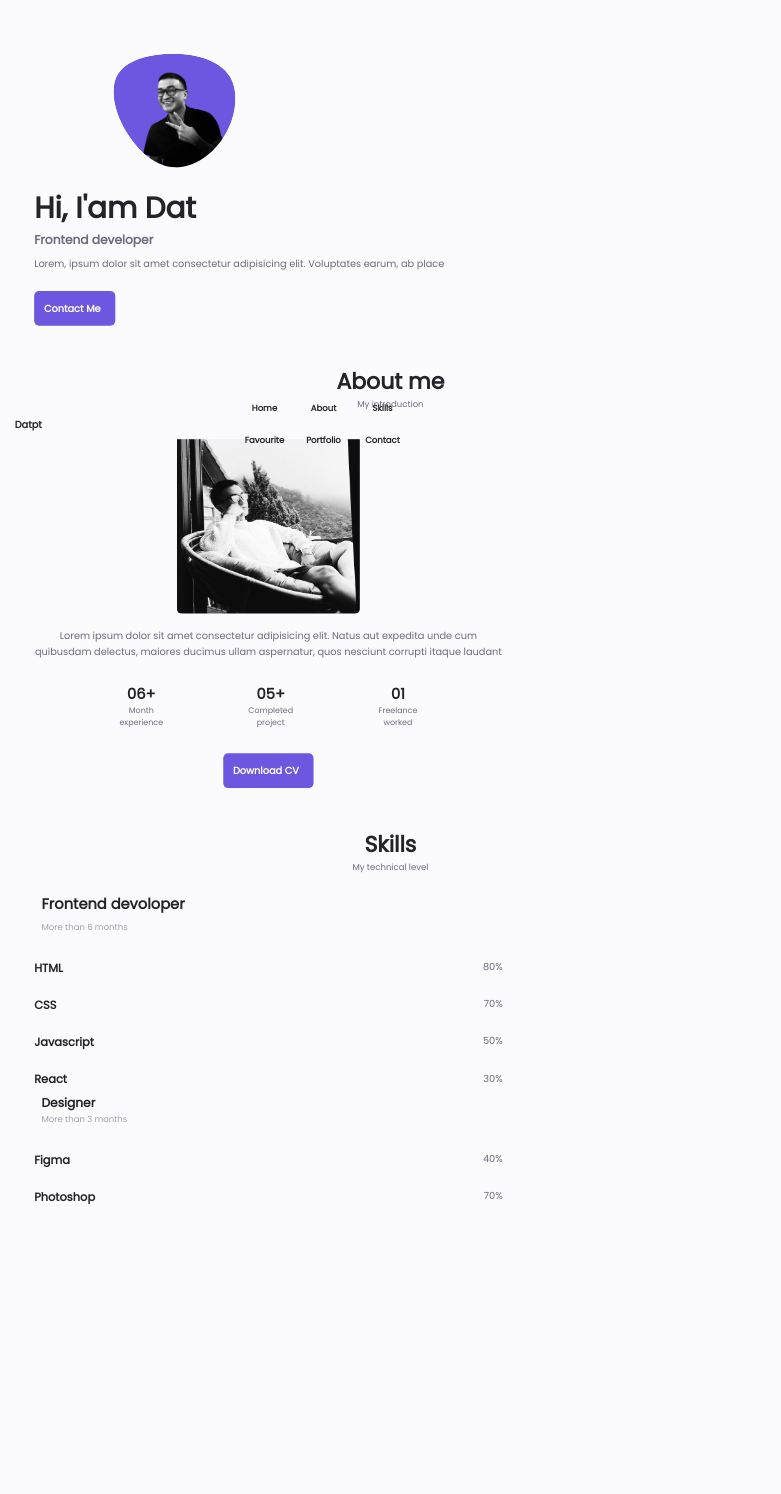
Repository: Datt21/portfolio
Page: index.html
The author's editor kept a copy of each file at every save. The page is drawn from the files as they stood at one save, then again after the next save.
The browser window is 1280 px wide. The pictures show the whole page, at 61% of full size.
Some icons come from a web library that is not loaded, so they are not drawn.

Above is the page before, as saved 2021-07-10 17:22:47.

After the next save:
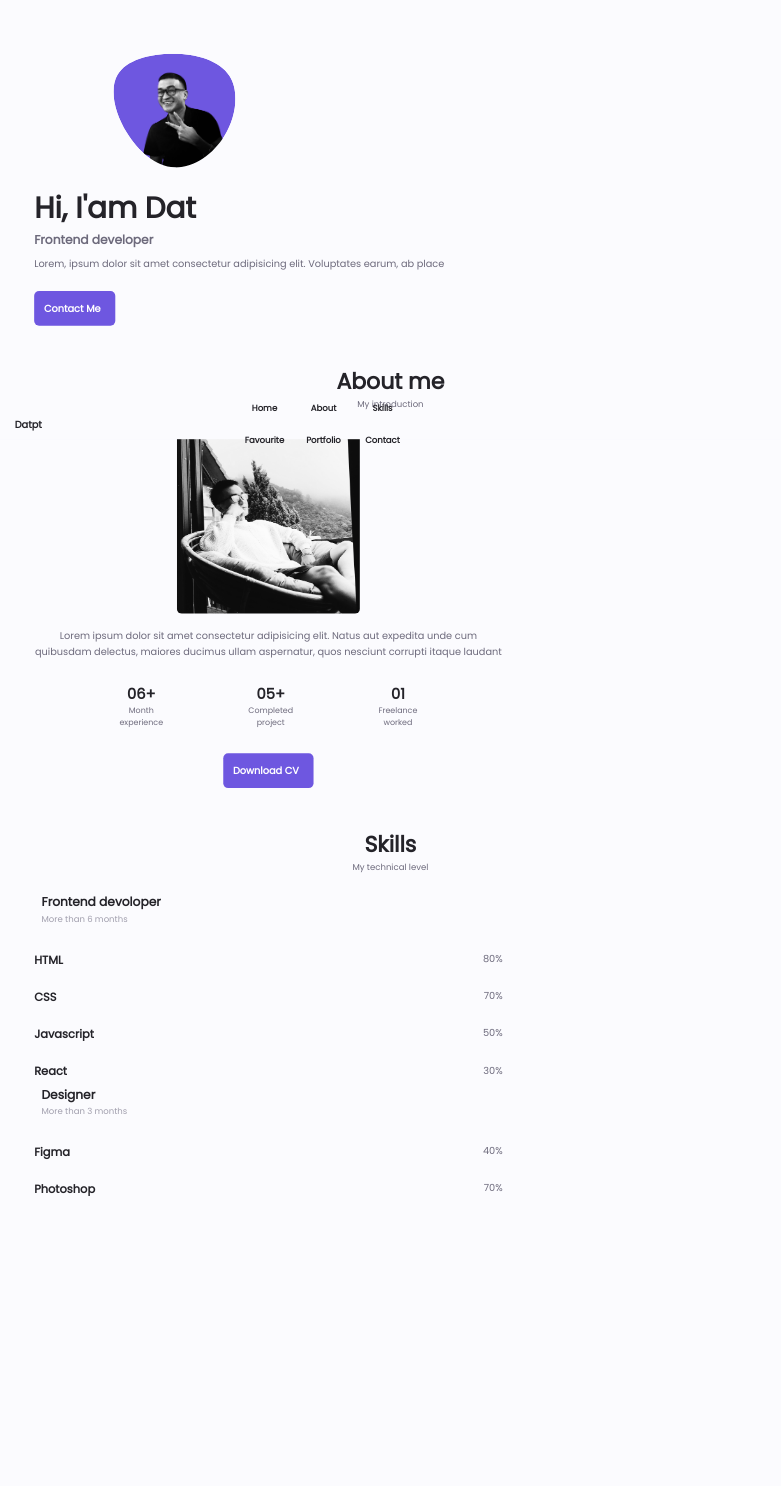
Saved 57 s later.
--- a/index.html
+++ b/index.html
@@ -175,7 +175,7 @@
                             <i class="uil uil-brackets-curly skills__icon"></i>
 
                             <div>
-                                <h1 class="skills__titles">Frontend devoloper</h1>
+                                <h1 class="skills__title">Frontend devoloper</h1>
                                 <span class="skills__subtitle">More than 6 months</span>
                             </div>
                             <i class="uil uil-angle-down skills__arrow"></i>
